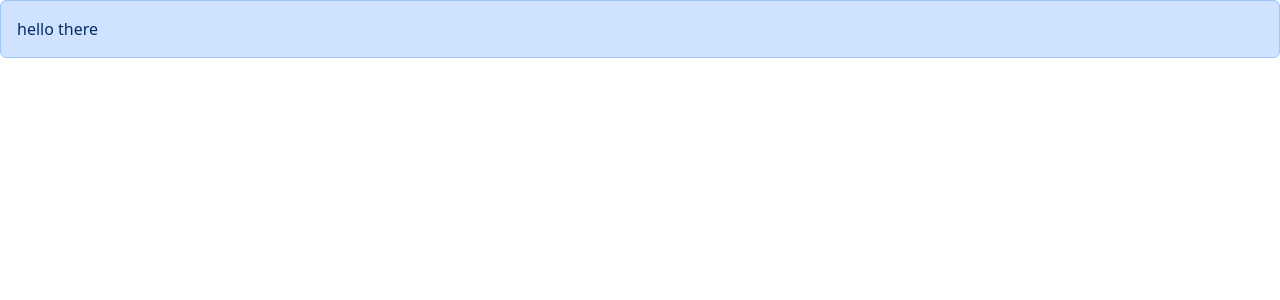
Repository: wossenfekadie1993/react-from-scratch
Page: /
An editor plug-in stored every save of this project. The page is shown before and after the next save, followed by the edit.
The browser window is 1280 px wide. The pictures show the whole page.
The project was rebuilt for these pictures with package versions that can differ from the ones it lists, and the page was loaded fresh each time. Also part of the build but not shown: vite.config.ts.

Above is the page before, as saved 2024-02-29 06:29:00.

### src/main.tsx
import React from 'react'
import ReactDOM from 'react-dom/client'
import App from './App'
import  'bootstrap/dist/css/bootstrap.css';

ReactDOM.createRoot(document.getElementById('root') as HTMLElement).render(
  <React.StrictMode>
    <App/>
  </React.StrictMode>,
)

### src/App.tsx
import './App.css'
import Alert from './Components/alert'
// import ListGroup from './Components/ListGroup';
// import ShoppingList from './Components/Products';

function App() {
  let items = ["banana", "orange", "apple", "strawberry", "pineapple"];
  return (
    <div >
      <Alert text="hello there" />
      {/* <ShoppingList/>
      <ListGroup
      items={items}
      heading="cities"/> */}

      </div>
  )
}

export default App

### src/Components/alert.tsx
interface props{
    children:String
}

const alert = (props:props) => {
  return (
    <div className="alert alert-primary" role="alert">
  {props.text}
</div>
  )
}

export default alert

Loaded but not shown: index.html (common file); src/App.css (no stored copy; drawn as an empty file)

After the next save:
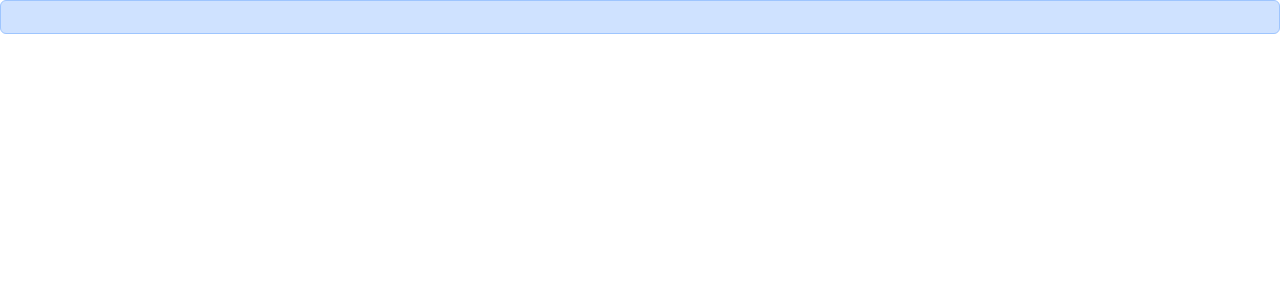
Saved 5 s later.
--- a/src/Components/alert.tsx
+++ b/src/Components/alert.tsx
@@ -5,7 +5,7 @@
 const alert = (props:props) => {
   return (
     <div className="alert alert-primary" role="alert">
-  {props.text}
+  {props.children}
 </div>
   )
 }
